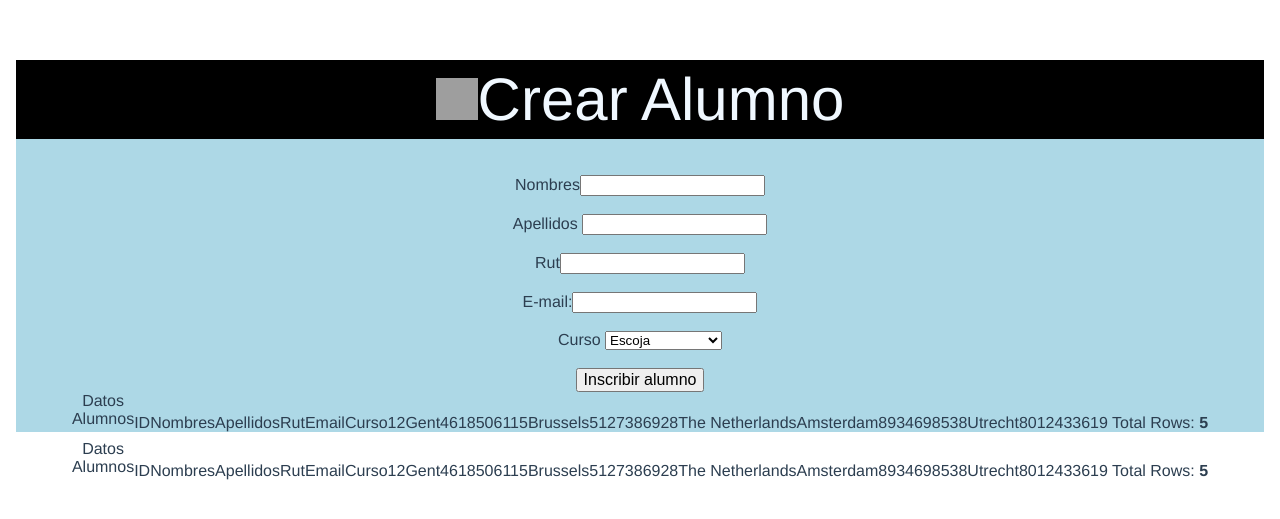
Repository: franciscamanquecheo/Tarea6ET
Page: / (app in my-project/)
These files come from the project's save history. The page is drawn as it stood at one moment and after the next save; the edit follows.
The browser window is 1280 px wide. The pictures show the whole page.
Pictures or frames that could not be fetched are drawn as grey boxes. The project was rebuilt for these pictures with package versions that can differ from the ones it lists, and the page was loaded fresh each time. Also part of the build but not shown: my-project/vue.config.js.

Above is the page before, as saved 2022-06-19 23:19:44.

After the next save:
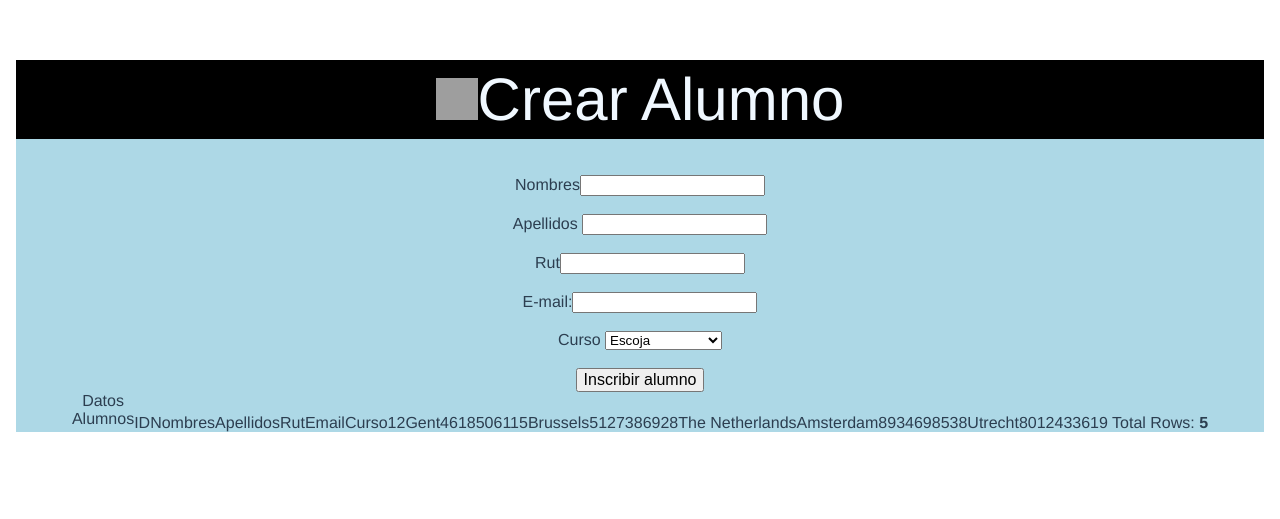
Saved 49 s later.
--- a/my-project/src/App.vue
+++ b/my-project/src/App.vue
@@ -1,19 +1,18 @@
 <template>
 
   <HelloWorld msg="Welcome to Your Vue.js App"/>
-  <tabla msg="holos"/>
+
 </template>
 
 <script>
 import HelloWorld from './components/HelloWorld.vue'
-import tabla from './components/tabla.vue'
+
 
 
 export default {
   name: 'App',
   components: {
-    HelloWorld,
-    tabla
+    HelloWorld
 }
 }
 </script>
